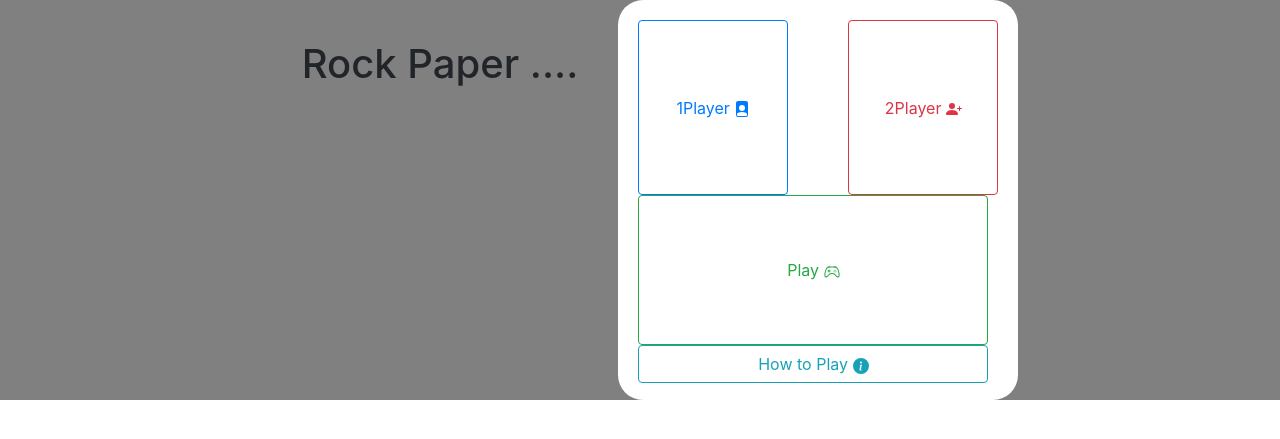
Repository: hossamsulleman1/Colllege-rock-paper-game
Page: index.html
The author's editor kept a copy of each file at every save. The page is drawn from the files as they stood at one save, then again after the next save.
The browser window is 1280 px wide. The pictures show the whole page.

Above is the page before, as saved 2020-09-15 10:51:44.
Console error: SyntaxError: Unexpected token '<'

### index.html
<!DOCTYPE html>
<html lang="en">
<head>
    <script src="index.js"></script>
    <link rel="stylesheet" href="index.css">

    <meta charset="UTF-8">
    <meta name="viewport" content="width=device-width, initial-scale=1.0">
    <title>Rock Paper...</title>
</head>
<body>
   <div class="wall">
      <h1 style="padding: 40px; text-align: center;">Rock Paper .... </h1>
    <div class="mainCard">
<button style="height: 175px; width: 150px; padding: 20px;" class="btn btn-outline-primary">
    1Player
    <svg width="1em" height="1em" viewBox="0 0 16 16" class="bi bi-file-person-fill" fill="currentColor" xmlns="http://www.w3.org/2000/svg">
        <path fill-rule="evenodd" d="M12 0H4a2 2 0 0 0-2 2v12a2 2 0 0 0 2 2h8a2 2 0 0 0 2-2V2a2 2 0 0 0-2-2zm-1 7a3 3 0 1 1-6 0 3 3 0 0 1 6 0zm-3 4c2.623 0 4.146.826 5 1.755V14a1 1 0 0 1-1 1H4a1 1 0 0 1-1-1v-1.245C3.854 11.825 5.377 11 8 11z"/>
      </svg>
</button>
<button style="height: 175px; width: 150px; padding: 20px; float: right;"class="btn btn-outline-danger">
    2Player
    <svg width="1em" height="1em" viewBox="0 0 16 16" class="bi bi-person-plus-fill" fill="currentColor" xmlns="http://www.w3.org/2000/svg">
        <path fill-rule="evenodd" d="M1 14s-1 0-1-1 1-4 6-4 6 3 6 4-1 1-1 1H1zm5-6a3 3 0 1 0 0-6 3 3 0 0 0 0 6zm7.5-3a.5.5 0 0 1 .5.5V7h1.5a.5.5 0 0 1 0 1H14v1.5a.5.5 0 0 1-1 0V8h-1.5a.5.5 0 0 1 0-1H13V5.5a.5.5 0 0 1 .5-.5z"/>
      </svg>
</button>
<br>
<button style="width: 350px; height: 150px;" class="btn btn-outline-success" onclick="goToGame()">
    Play
    <svg width="1em" height="1em" viewBox="0 0 16 16" class="bi bi-controller" fill="currentColor" xmlns="http://www.w3.org/2000/svg">
        <path fill-rule="evenodd" d="M11.119 2.693c.904.19 1.75.495 2.235.98.407.408.779 1.05 1.094 1.772.32.733.599 1.591.805 2.466.206.875.34 1.78.364 2.606.024.815-.059 1.602-.328 2.21a1.42 1.42 0 0 1-1.445.83c-.636-.067-1.115-.394-1.513-.773a11.307 11.307 0 0 1-.739-.809c-.126-.147-.25-.291-.368-.422-.728-.804-1.597-1.527-3.224-1.527-1.627 0-2.496.723-3.224 1.527-.119.131-.242.275-.368.422-.243.283-.494.576-.739.81-.398.378-.877.705-1.513.772a1.42 1.42 0 0 1-1.445-.83c-.27-.608-.352-1.395-.329-2.21.024-.826.16-1.73.365-2.606.206-.875.486-1.733.805-2.466.315-.722.687-1.364 1.094-1.772.486-.485 1.331-.79 2.235-.98.932-.196 2.03-.292 3.119-.292 1.089 0 2.187.096 3.119.292zm-6.032.979c-.877.185-1.469.443-1.733.708-.276.276-.587.783-.885 1.465a13.748 13.748 0 0 0-.748 2.295 12.351 12.351 0 0 0-.339 2.406c-.022.755.062 1.368.243 1.776a.42.42 0 0 0 .426.24c.327-.034.61-.199.929-.502.212-.202.4-.423.615-.674.133-.156.276-.323.44-.505C4.861 9.97 5.978 9.026 8 9.026s3.139.943 3.965 1.855c.164.182.307.35.44.505.214.25.403.472.615.674.318.303.601.468.929.503a.42.42 0 0 0 .426-.241c.18-.408.265-1.02.243-1.776a12.354 12.354 0 0 0-.339-2.406 13.753 13.753 0 0 0-.748-2.295c-.298-.682-.61-1.19-.885-1.465-.264-.265-.856-.523-1.733-.708-.85-.179-1.877-.27-2.913-.27-1.036 0-2.063.091-2.913.27z"/>
        <path d="M11.5 6.026a.5.5 0 1 1-1 0 .5.5 0 0 1 1 0zm-1 1a.5.5 0 1 1-1 0 .5.5 0 0 1 1 0zm2 0a.5.5 0 1 1-1 0 .5.5 0 0 1 1 0zm-1 1a.5.5 0 1 1-1 0 .5.5 0 0 1 1 0zm-7-2.5h1v3h-1v-3z"/>
        <path d="M3.5 6.526h3v1h-3v-1zM3.051 3.26a.5.5 0 0 1 .354-.613l1.932-.518a.5.5 0 0 1 .258.966l-1.932.518a.5.5 0 0 1-.612-.354zm9.976 0a.5.5 0 0 0-.353-.613l-1.932-.518a.5.5 0 1 0-.259.966l1.932.518a.5.5 0 0 0 .612-.354z"/>
      </svg>
</button>
<br>
<button style="width: 350px;" class="btn btn-outline-info" onclick="howToPlay()">
    How to Play
    <svg width="1em" height="1em" viewBox="0 0 16 16" class="bi bi-info-circle-fill" fill="currentColor" xmlns="http://www.w3.org/2000/svg">
        <path fill-rule="evenodd" d="M8 16A8 8 0 1 0 8 0a8 8 0 0 0 0 16zm.93-9.412l-2.29.287-.082.38.45.083c.294.07.352.176.288.469l-.738 3.468c-.194.897.105 1.319.808 1.319.545 0 1.178-.252 1.465-.598l.088-.416c-.2.176-.492.246-.686.246-.275 0-.375-.193-.304-.533L8.93 6.588zM8 5.5a1 1 0 1 0 0-2 1 1 0 0 0 0 2z"/>
      </svg>
</button>
<br>


</div>

   </div>


<!-- scripts -->
<!-- CSS only -->
<link rel="stylesheet" href="https://stackpath.bootstrapcdn.com/bootstrap/4.5.2/css/bootstrap.min.css" integrity="sha384-JcKb8q3iqJ61gNV9KGb8thSsNjpSL0n8PARn9HuZOnIxN0hoP+VmmDGMN5t9UJ0Z" crossorigin="anonymous">

<!-- JS, Popper.js, and jQuery -->
<script src="https://code.jquery.com/jquery-3.5.1.slim.min.js" integrity="sha384-DfXdz2htPH0lsSSs5nCTpuj/zy4C+OGpamoFVy38MVBnE+IbbVYUew+OrCXaRkfj" crossorigin="anonymous"></script>
<script src="https://cdn.jsdelivr.net/npm/popper.js@1.16.1/dist/umd/popper.min.js" integrity="sha384-9/reFTGAW83EW2RDu2S0VKaIzap3H66lZH81PoYlFhbGU+6BZp6G7niu735Sk7lN" crossorigin="anonymous"></script>
<script src="https://stackpath.bootstrapcdn.com/bootstrap/4.5.2/js/bootstrap.min.js" integrity="sha384-B4gt1jrGC7Jh4AgTPSdUtOBvfO8shuf57BaghqFfPlYxofvL8/KUEfYiJOMMV+rV" crossorigin="anonymous"></script>

</body>
</html>

### index.js
var randomNumber = null;
var P1Selection = null;
var P2Selection = null;
var compSelection = null;
var compSelectionSVG = null;
var outcome = null;

const Rock = 1;
const Paper = 2;
const Scissors = 3;

function randomNumberGen() {
   randomNumber = Math.ceil(Math.random() * 3);
compSelection = randomNumber;
console.log(compSelection + "comp Selection");
}

function howToPlay(){
 alert("click either rock paper or ... and confirm your selection once this is completed the second user will be able to place their selection then rumble!");
}


function compSelectionSvg() {
    if (compSelection = 1 ) {
        document.getElementById("mainCard").innerHTML =
        <div>
   <h1>Rocky Bot Chose</h1>
        <svg width="1em" height="1em" viewBox="0 0 16 16" class="bi bi-award-fill" fill="currentColor" xmlns="http://www.w3.org/2000/svg">
  <path d="M8 0l1.669.864 1.858.282.842 1.68 1.337 1.32L13.4 6l.306 1.854-1.337 1.32-.842 1.68-1.858.282L8 12l-1.669-.864-1.858-.282-.842-1.68-1.337-1.32L2.6 6l-.306-1.854 1.337-1.32.842-1.68L6.331.864 8 0z"/>
  <path d="M4 11.794V16l4-1 4 1v-4.206l-2.018.306L8 13.126 6.018 12.1 4 11.794z"/>
</svg>
        <p>you......</p>
        <h1 id="Win/Lose"></h1>
        </div>

        ;

    }
    if (compSelection = 2 ) {
        document.getElementById("mainCard").innerHTML =
        <div>
    <h1>Rocky Bot Chose</h1>
        <svg width="1em" height="1em" viewBox="0 0 16 16" class="bi bi-box-seam" fill="currentColor" xmlns="http://www.w3.org/2000/svg">
  <path fill-rule="evenodd" d="M8.186 1.113a.5.5 0 0 0-.372 0L1.846 3.5l2.404.961L10.404 2l-2.218-.887zm3.564 1.426L5.596 5 8 5.961 14.154 3.5l-2.404-.961zm3.25 1.7l-6.5 2.6v7.922l6.5-2.6V4.24zM7.5 14.762V6.838L1 4.239v7.923l6.5 2.6zM7.443.184a1.5 1.5 0 0 1 1.114 0l7.129 2.852A.5.5 0 0 1 16 3.5v8.662a1 1 0 0 1-.629.928l-7.185 2.874a.5.5 0 0 1-.372 0L.63 13.09a1 1 0 0 1-.63-.928V3.5a.5.5 0 0 1 .314-.464L7.443.184z"/>
</svg>

        <p>you......</p>
        <h1 id="Win/Lose"></h1>
        </div>

        ;

    }
    if (compSelection = 3 ) {
        document.getElementById("mainCard").innerHTML =
        <div>
        <h1>Rocky Bot Chose</h1>
        <svg width="1em" height="1em" viewBox="0 0 16 16" class="bi bi-scissors" fill="currentColor" xmlns="http://www.w3.org/2000/svg">
  <path fill-rule="evenodd" d="M3.5 3.5c-.614-.884-.074-1.962.858-2.5L8 7.226 11.642 1c.932.538 1.472 1.616.858 2.5L8.81 8.61l1.556 2.661a2.5 2.5 0 1 1-.794.637L8 9.73l-1.572 2.177a2.5 2.5 0 1 1-.794-.637L7.19 8.61 3.5 3.5zm2.5 10a1.5 1.5 0 1 1-3 0 1.5 1.5 0 0 1 3 0zm7 0a1.5 1.5 0 1 1-3 0 1.5 1.5 0 0 1 3 0z"/>
</svg>
        <p>you......</p>
        <h1 id="Win/Lose"></h1>
        </div>

        ;

    }
    Calculation()
document.getElementById("Win/Loss").innerText = outcome;

}

function itemHierarchy(){



}

function goToGame() {
    window.location.replace("game.html");
}


function RockP1() {
    P1Selection = Rock
    console.log(P1Selection)
}

function PaperP1(){
    P1Selection = Paper
    console.log(P1Selection)
}

function  ScissorsP1() {
    P1Selection = Scissors
    console.log(P1Selection)
}

function Calculation() {

}

### index.css
.mainCard {
    border-radius: 25px;
    background: white;
    padding: 20px;
    width: 400px;
    height: 400px;


}

.wall {
    background-color: grey;
    display: flex;
    justify-content: center;
    height: auto;
    width: auto;
}

After the next save:
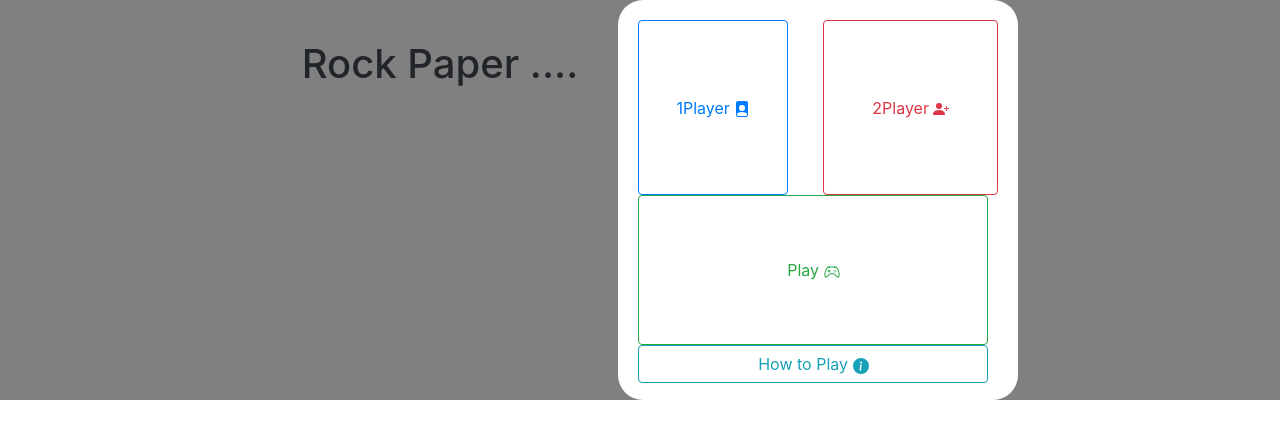
Saved 10 s later.
--- a/index.html
+++ b/index.html
@@ -18,7 +18,7 @@
         <path fill-rule="evenodd" d="M12 0H4a2 2 0 0 0-2 2v12a2 2 0 0 0 2 2h8a2 2 0 0 0 2-2V2a2 2 0 0 0-2-2zm-1 7a3 3 0 1 1-6 0 3 3 0 0 1 6 0zm-3 4c2.623 0 4.146.826 5 1.755V14a1 1 0 0 1-1 1H4a1 1 0 0 1-1-1v-1.245C3.854 11.825 5.377 11 8 11z"/>
       </svg>
 </button>
-<button style="height: 175px; width: 150px; padding: 20px; float: right;"class="btn btn-outline-danger">
+<button style="height: 175px; width: 175px; padding: 20px; float: right;"class="btn btn-outline-danger">
     2Player
     <svg width="1em" height="1em" viewBox="0 0 16 16" class="bi bi-person-plus-fill" fill="currentColor" xmlns="http://www.w3.org/2000/svg">
         <path fill-rule="evenodd" d="M1 14s-1 0-1-1 1-4 6-4 6 3 6 4-1 1-1 1H1zm5-6a3 3 0 1 0 0-6 3 3 0 0 0 0 6zm7.5-3a.5.5 0 0 1 .5.5V7h1.5a.5.5 0 0 1 0 1H14v1.5a.5.5 0 0 1-1 0V8h-1.5a.5.5 0 0 1 0-1H13V5.5a.5.5 0 0 1 .5-.5z"/>
